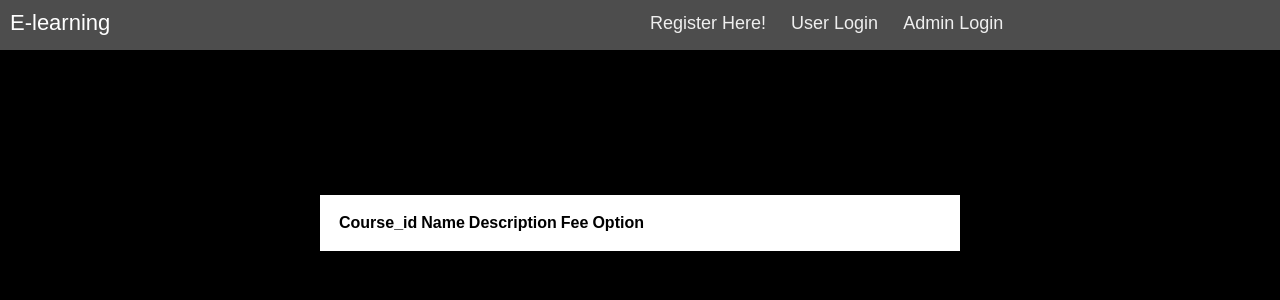
Repository: hemanthchallacs/learning_spring_boot
Page: http://localhost/courseList
These files come from the project's save history. The page is drawn as it stood at one moment and after the next save; the edit follows.
The browser window is 1280 px wide. The pictures show the whole page.
The page is this project's Thymeleaf template; nobody is signed in. The template is opened directly, without the code that normally fills it, so the values that code supplies are empty.

Above is the page before, as saved 2021-07-12 19:15:50.

After the next save:
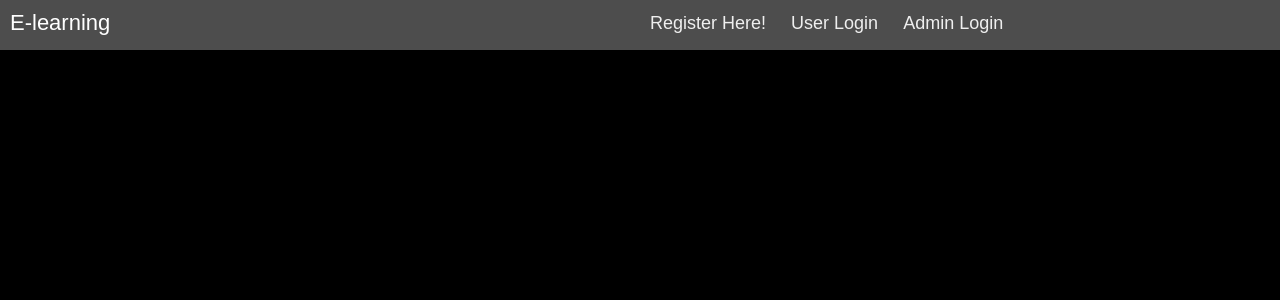
Saved 31 s later.
--- a/ver1_elearning/src/main/resources/templates/courseList.html
+++ b/ver1_elearning/src/main/resources/templates/courseList.html
@@ -262,7 +262,7 @@
 <br><br>
 <h3>Course List</h3>
 <div style="width:100%;height:100px;border:0px solid #000;color:green;"><h2 style="float:right" th:text="${message}"></h2></div>
-<div class="container">
+
 <table id="customer">
 
 	<tr>
@@ -288,6 +288,6 @@
 
 
 </table>
-</div>
+
 </body>
 </html>

After the save that followed:
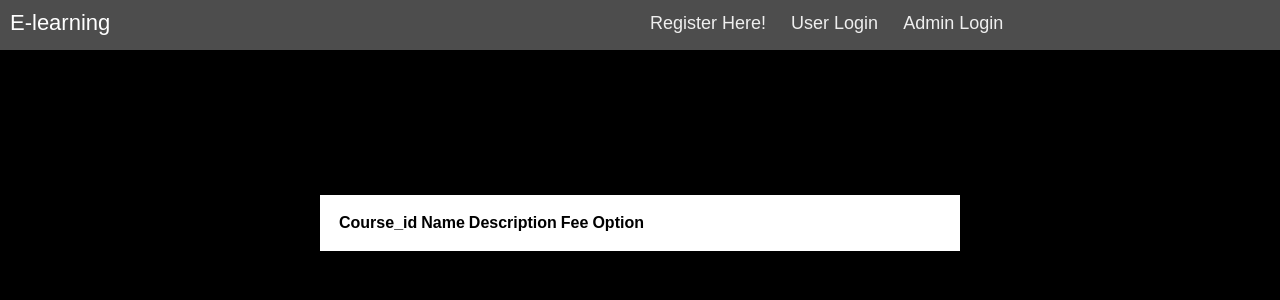
Saved 24 s later.
--- a/ver1_elearning/src/main/resources/templates/courseList.html
+++ b/ver1_elearning/src/main/resources/templates/courseList.html
@@ -262,7 +262,7 @@
 <br><br>
 <h3>Course List</h3>
 <div style="width:100%;height:100px;border:0px solid #000;color:green;"><h2 style="float:right" th:text="${message}"></h2></div>
-
+<div class="container">
 <table id="customer">
 
 	<tr>
@@ -288,6 +288,6 @@
 
 
 </table>
-
+</div>
 </body>
 </html>
